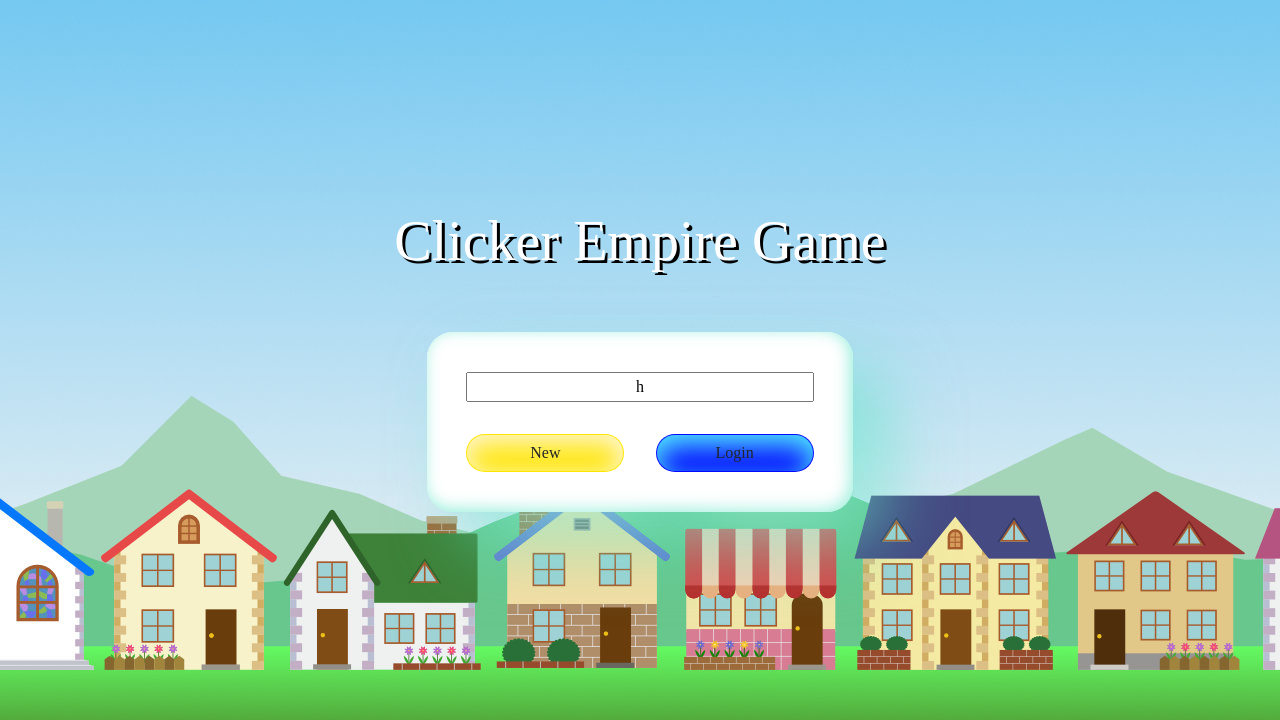
Repository: yu-yaba/Clicker-empire-game
Page: index.html
The author's editor kept a copy of each file at every save. The page is drawn from the files as they stood at one save, then again after a run of saves.
The browser window is 1280 px wide. The pictures show the whole page.
Some web fonts or font styles are not loaded; a fallback is used.

Above is the page before, as saved 2023-02-02 10:57:37.

After the next 2 saves:
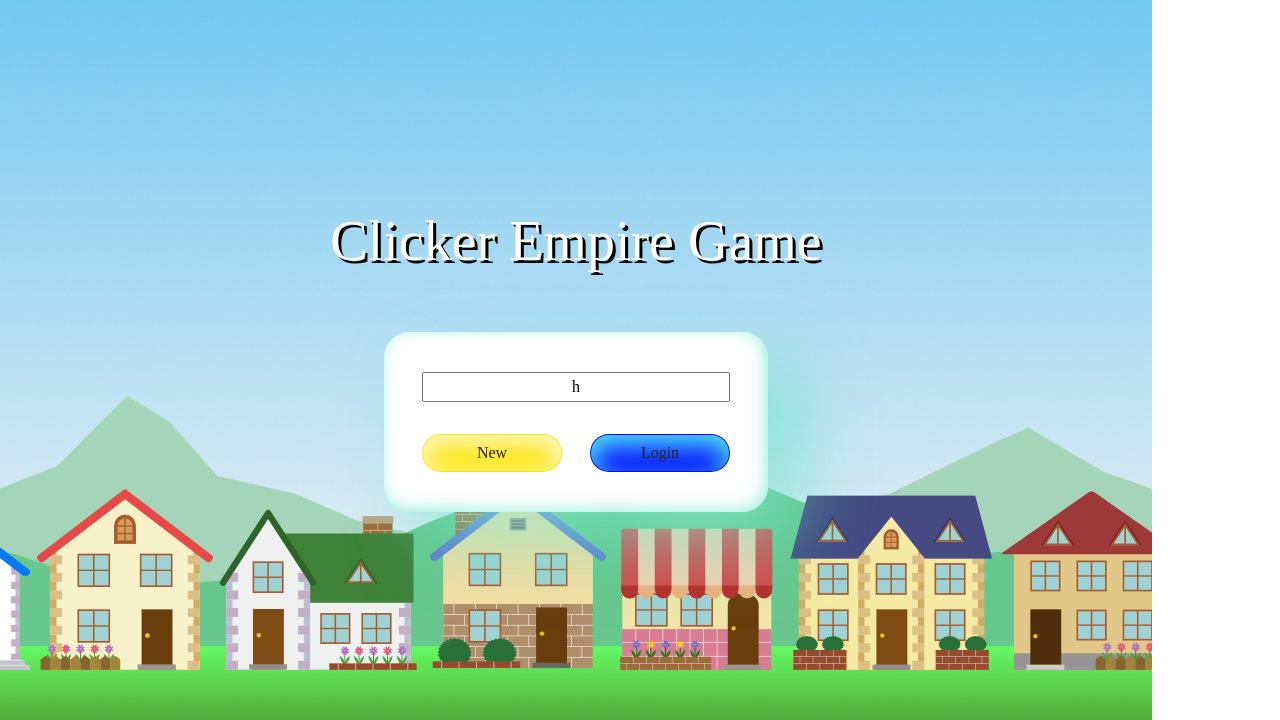
The 2 saves are shown as one change because they came seconds apart.
The last was saved 6 s later.
--- a/stylesheet.css
+++ b/stylesheet.css
@@ -15,8 +15,8 @@
 } */
 
 .vh-100 {
-    height: 00%;
-    width: 100%;
+    height: 90%;
+    width: 90%;
 }
 
 .initialCon {

After the save that followed:
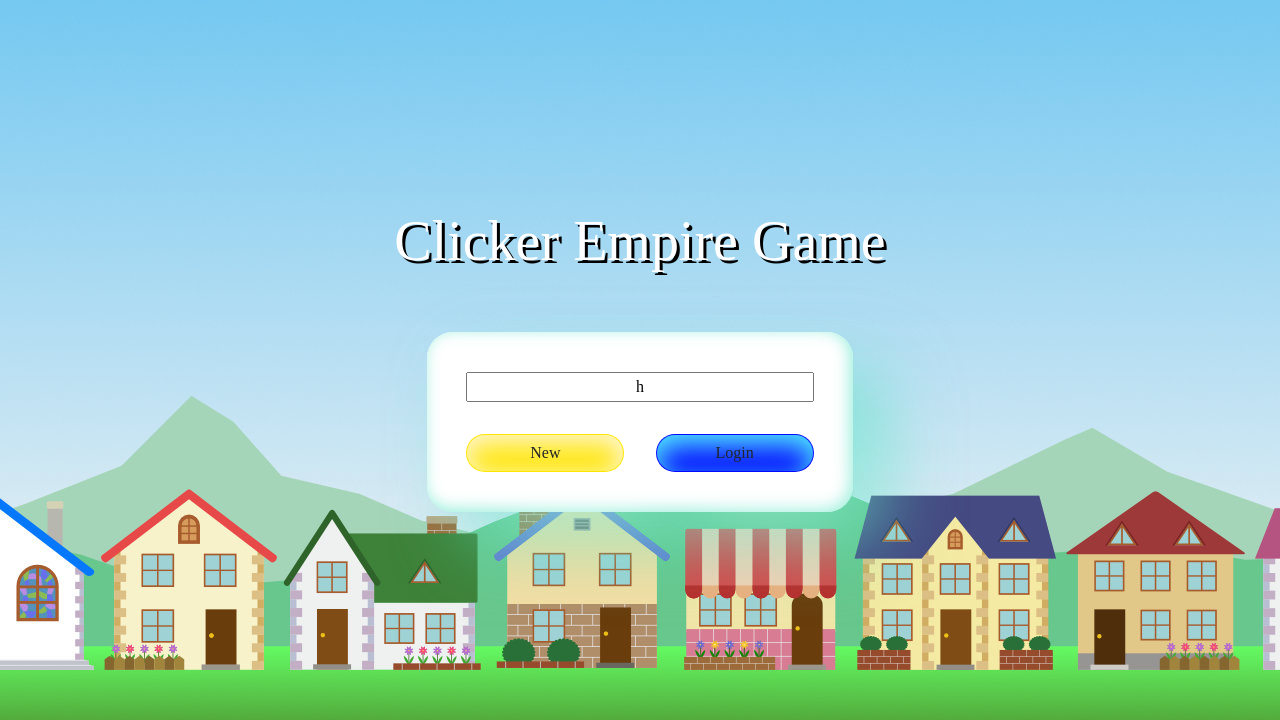
Saved 19 s later.
--- a/stylesheet.css
+++ b/stylesheet.css
@@ -15,8 +15,8 @@
 } */
 
 .vh-100 {
-    height: 90%;
-    width: 90%;
+    height: 100%;
+    width: 100%;
 }
 
 .initialCon {
